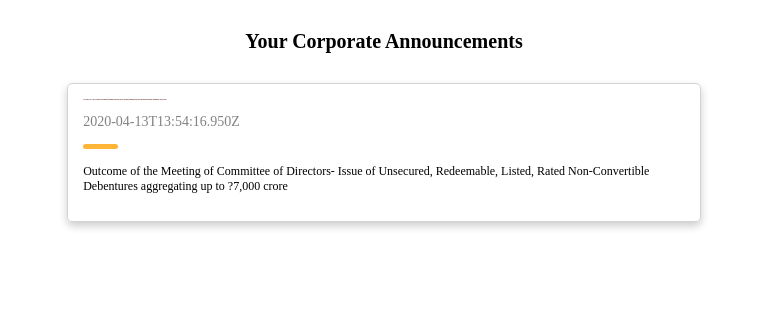
Repository: bhumikagohil/announcements
Page: card1.html
An editor plug-in stored every save of this project. The page is shown before and after the next save, followed by the edit.
The browser window is 768 px wide. The pictures show the whole page.
The page's requests for data from a server got no answer.

Above is the page before, as saved 2021-05-10 13:41:41.

### card1.html
<!DOCTYPE html>
<html>

<head>
    <meta name="viewport" content="width=device-width, initial-scale=1">
    <link rel="stylesheet" type="text/css" href="card1.css" />
</head>

<body>

    <div class="header-container">
        <h3 class="heading">Your Corporate Announcements</h3>
    </div>

    <div class="cards-container">
        <div class="card">
            <h5 class="title"> TATA STEEL LTD. - 500470 - Outcome Of The Meeting Of Committee Of Directors- Issue Of
                Unsecured, Redeemable, Listed, Rated
                Non-Convertible Debentures Aggregating Up To ?7,000 Crore</h5>
            <p class="time">2020-04-13T13:54:16.950Z</p>
            <hr />
            <p class="summary">
                Outcome of the Meeting of Committee of Directors- Issue of Unsecured, Redeemable, Listed, Rated
                Non-Convertible Debentures aggregating up to ?7,000 crore
            </p>
        </div>
    </div>


</body>
<script>

    const endpoint = "https://picsum.photos/v2/list";

    fetch(endpoint)
        .then(function (response) {
            return response.json();
        })
        .then(function (data) {
            const newCard = data.map(item => {
                return `
                <div class="card" id=${item.news_id}>
                    <h5 class="title">
                        ${item.author}
                    </h5>
                    <p class="time">
                        ${item.width}
                    </p>
                    <hr/>
                    <p class="summary">
                        ${item.url}
                    </p>
                </div>
                `
            })

            // document.querySelector(".cards-container").insertAdjacentHTML("afterbegin", newCard);
        })
        .catch(function (err) {
            console.log('error: ' + err);
        });

</script>


</html>

### card1.css
/* Header */
.header-container {
  width: 80%;
  margin: 30px auto;
}

.heading {
  text-align: center;
}

/* Card */
.cards-container {
  width: 100%;
}

.card {
  padding: 15px;
  box-shadow: 0 4px 8px 0 rgb(0 0 0 / 20%);
  width: 80%;
  border: 1px solid #d3d3d3;
  border-radius: 5px;
  margin: auto;
  margin-bottom: 10px;
}

.title {
  font-weight: bolder;
  font-size: 22px;
  margin-block: 0;
  color: #4b0a0a;
}

hr {
  content: "";
  height: 5px;
  background: #ffb535;
  width: 35px;
  border-radius: 3px;
  margin-left: 0;
  border: none;
}

.time {
  font-size: 14px;
  color: #858080;
}

.summary {
  overflow-x: auto;
  margin-top: 15px;
}

@media only screen and (max-width: 768px) {
  .heading {
    font-size: 20px;
  }
  .title {
    font-size: 1px;
  }
  .summary {
    font-size: 12px;
  }
}

After the next save:
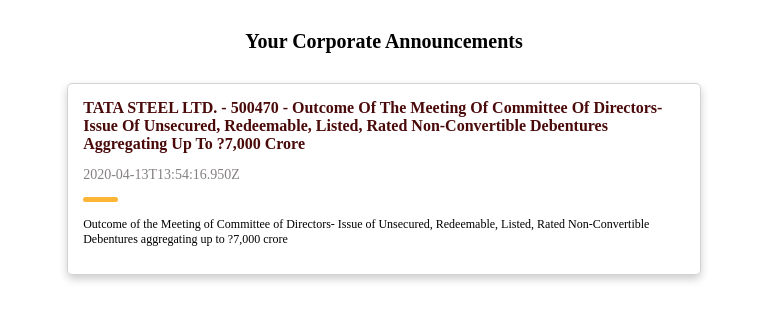
Saved 5 s later.
--- a/card1.css
+++ b/card1.css
@@ -55,7 +55,7 @@
     font-size: 20px;
   }
   .title {
-    font-size: 1px;
+    font-size: 16px;
   }
   .summary {
     font-size: 12px;
